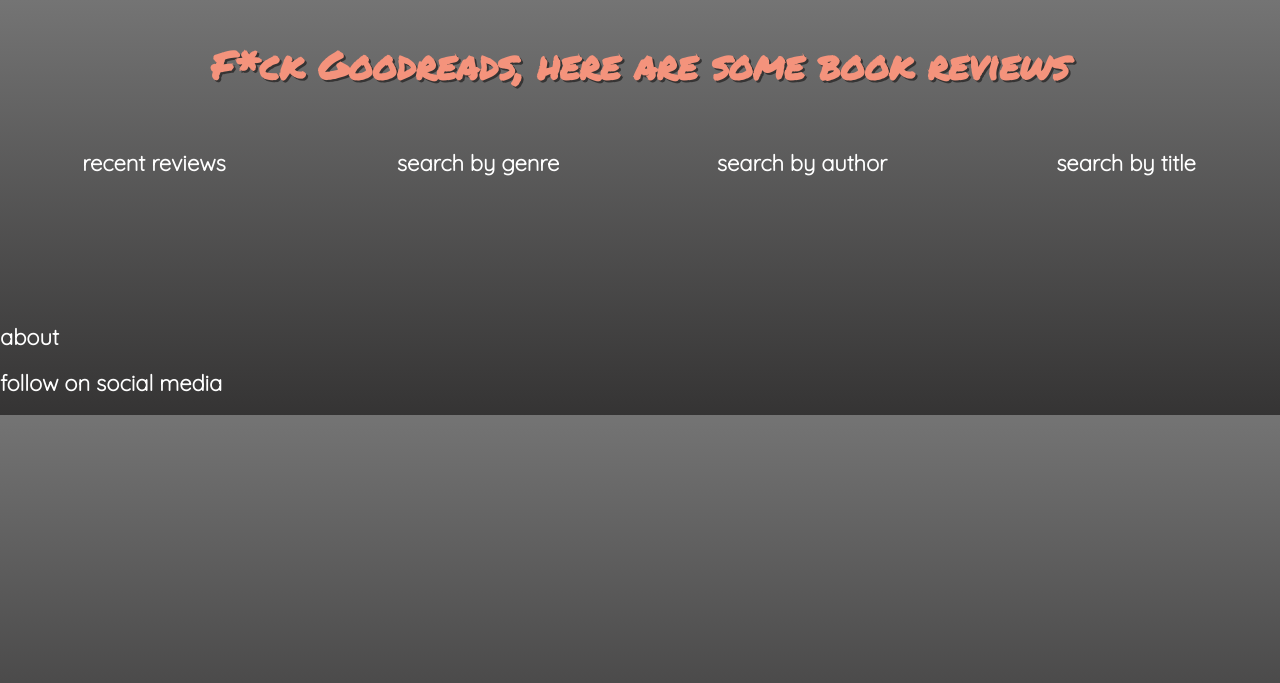
Repository: emnharris/FreeCodeCampChallenges
Page: responsive-web-design/book-reviews/books.html
These files come from the project's save history. The page is drawn as it stood at one moment and after the next save; the edit follows.
The browser window is 1280 px wide. The pictures show the whole page.

Above is the page before, as saved 2020-04-18 13:53:46.

### responsive-web-design/book-reviews/books.html
<!DOCTYPE html>
<html>
    <head>
        <link href="https://fonts.googleapis.com/css2?family=Permanent+Marker&family=Quicksand:wght@300&display=swap" rel="stylesheet">
        <link rel="stylesheet" type="text/css" href="books.css">
    </head>
    <body>
        <header>
            <title>
                Emily Reviews Books
            </title>
            <div id="title">
                <h1>F*ck Goodreads, here are some book reviews</h1>
            </div>
            <div class="nav">
                <h2>recent reviews</h2>
                <h2>search by genre</h2>
                <h2>search by author</h2>
                <h2>search by title</h2>
            </div>
        </header>

        <main id="gallery">

        </main>
        <footer id="footer">
            <h2>about</h2>
            <h2>follow on social media</h2>
        </footer>
    </body>
</html>

### responsive-web-design/book-reviews/books.css
/* document palette */
#palette {
    color: rgb(244, 147, 124);
    color: rgb(116, 116, 116);
    color: rgb(188, 195, 171);
    color: rgb(212, 204, 196);
}


/* header styles */

#title {
    font-family: 'Permanent Marker', cursive;
    color: rgb(244, 147, 124);
    text-align: center;
    text-shadow: 2px 2px rgb(53, 52, 52);
    font-size: 1.2em;
    padding: .6em;
}

body {
    margin: 0px;
    background: linear-gradient(180deg, #747474, rgb(53, 52, 52));

}
h2 {
    font-family: 'Quicksand', sans-serif;
    font-size: 22px;
    color: white;
}
h2 > a {
    color: rgb(53, 52, 52);
    text-decoration: none;
    font-weight: 700;
}
h2 > a:hover {
    text-shadow: 2px 2px rgb(212, 204, 196);
    text-decoration: none;
}

#gallery {
    display: grid;
    grid-template-columns: 1fr 1fr 1fr 1fr;
    grid-gap: 1rem;
    margin: 5%;
}
.nav {
    display: grid;
    grid-template-columns: 1fr 1fr 1fr 1fr;
    align-items: center;
    text-align: center;
    width: 100%;
    grid-gap: 1rem;
}

After the next save:
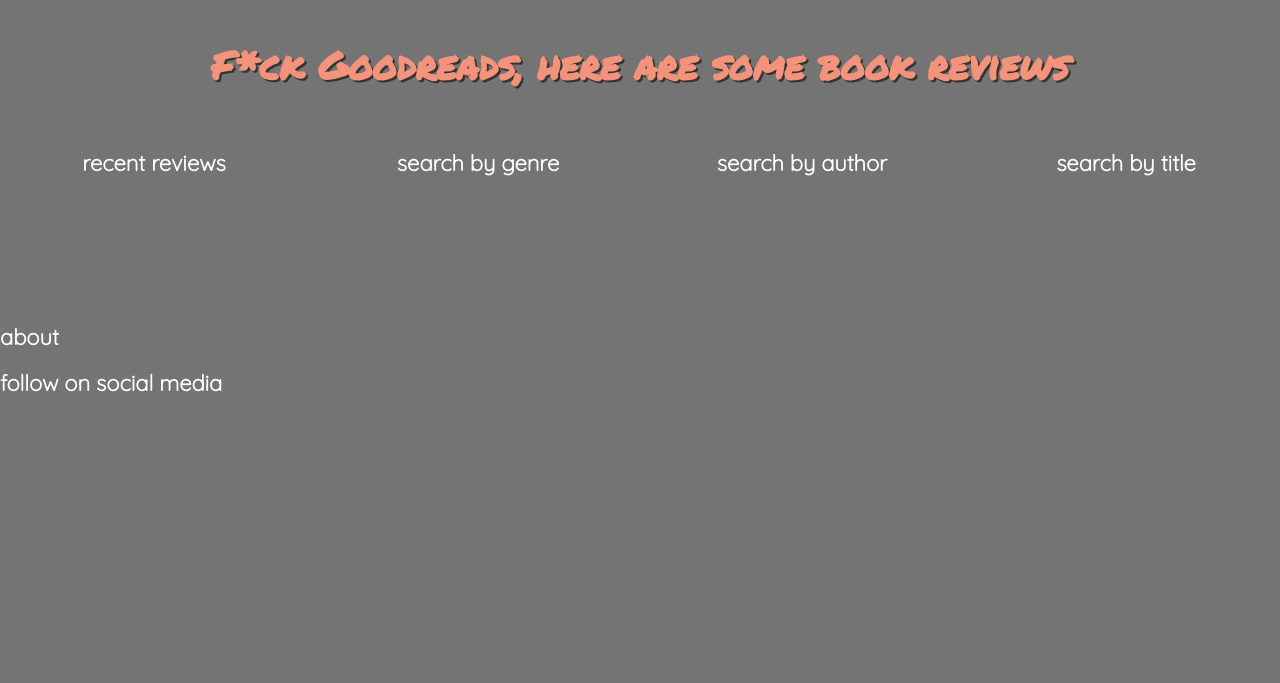
Saved 40 s later.
--- a/responsive-web-design/book-reviews/books.css
+++ b/responsive-web-design/book-reviews/books.css
@@ -20,7 +20,8 @@
 
 body {
     margin: 0px;
-    background: linear-gradient(180deg, #747474, rgb(53, 52, 52));
+    background-color: #747474;
+    /* background: linear-gradient(180deg, #747474, rgb(53, 52, 52)); */
 
 }
 h2 {
